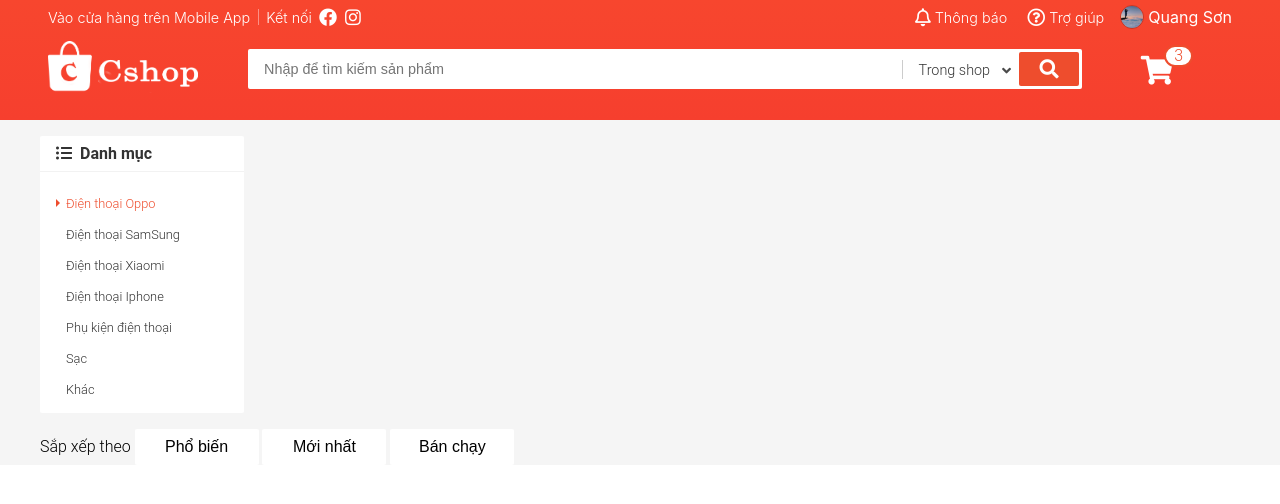
Repository: Qson412/BTL_Web
Page: index.html
The author's editor kept a copy of each file at every save. The page is drawn from the files as they stood at one save, then again after the next save.
The browser window is 1280 px wide. The pictures show the whole page.

Above is the page before, as saved 2021-11-30 22:52:49.

### index.html
<!DOCTYPE html>
<html lang="en">

<head>
    <meta charset="UTF-8">
    <meta http-equiv="X-UA-Compatible" content="IE=edge">
    <meta name="viewport" content="width=device-width, initial-scale=1.0">
    <link rel="stylesheet" href="./base.css">
    <link rel="stylesheet" href="./main.css">
    <link rel="stylesheet" href="./fontawesome-free-5.15.4-web/css/all.min.css">
    <link rel="preconnect" href="https://fonts.googleapis.com">
    <link rel="preconnect" href="https://fonts.gstatic.com" crossorigin>
    <link href="https://fonts.googleapis.com/css2?family=Poppins:wght@300;400;500;600&display=swap" rel="stylesheet">
    <title>Trang trủ</title>
</head>

<body>
    <div class="app">
        <!-- HEADER -->
        <header class="header">
            <div class="grid">
                <nav class="header__navbar">
                    <ul class="header__navbar-list">
                        <li class="header__navbar-item header__navbar-item--has-qr header__navbar-item--separate">
                            Vào cửa hàng trên Mobile App
                            <!--Link Dowloads App in QR, GG Play and AppStore-->
                            <div class="header__qr">
                                <img src="./uploads/link_logo/qr_code.png" alt="QR code" class="header__qr-img">
                                <div class="header__qr-app">
                                    <!--Link Dowloads App in GG Play-->
                                    <a href="https://play.google.com/store/apps/details?id=com.shopee.vn&hl=vi&gl=US"
                                        class="header__qr-link"><img src="./uploads/link_logo/gg_play.png"
                                            alt="Google Play" class="header__qr-dowloads-img"></a>
                                    <!--Link Dowloads App in AppStore-->
                                    <a href="https://apps.apple.com/vn/app/id959841449" class="header__qr-link"><img
                                            src="./uploads/link_logo/appstore.png" alt="App Store"
                                            class="header__qr-dowloads-img"></a>
                                </div>
                            </div>
                        </li>
                        <li class="header__navbar-item">
                            <span class="header__navbar-title--no-poiter">Kết nối</span>
                            <a href="https://www.facebook.com/" class="header__navbar-icon-link"><i
                                    class="header__navbar-icon fab fa-facebook"></i></a>
                            <a href="https://www.instagram.com/" class="header__navbar-icon-link"><i
                                    class="header__navbar-icon fab fa-instagram"></i></a>
                        </li>
                    </ul>

                    <ul class="header__navbar-list">
                        <li class="header__navbar-item header__navbar-item--has-notify"><a href=""
                                class="header__navbar-item-link">
                                <i class="header__navbar-icon far fa-bell"></i>
                                Thông báo</a>
                            <!-- Header Notification-->
                            <div class="header__notify">
                                <header class="header__notify-header">
                                    <h3> Thông báo mới nhận</h3>
                                </header>
                                <ul class="header__notify-list">
                                    <li class="header__notify-item header__notify-item--viewed">
                                        <a href="" class="header__notify-link">
                                            <img src="https://cf.shopee.vn/file/3096ba0dd1902385608dca97184bb28b_tn"
                                                alt="" class="header__notify-img">
                                            <div class="header__notify-info">
                                                <span class="header__notify-name">
                                                    Dòng điện thoại SamSung chính hãng vừa ra mắt. </span>
                                                <span class="header__notify-descriotion">
                                                    Mô tả: SamSung Galaxy Z Fold3 5G.
                                                </span>
                                            </div>
                                        </a>
                                    </li>

                                    <li class="header__notify-item ">
                                        <a href="" class="header__notify-link">
                                            <img src="https://cf.shopee.vn/file/98a817a6d4d54cbe3c3f241815fc9c8f" alt=""
                                                class="header__notify-img">
                                            <div class="header__notify-info">
                                                <span class="header__notify-name">
                                                    Siêu sale hàng chính hãng cùng Oppo </span>
                                                <span class="header__notify-descriotion">
                                                    Mô tả: OPPO RENO 6(8GB | 128GB) - Hàng chính hãng.
                                                </span>
                                            </div>
                                        </a>
                                    </li>

                                    <li class="header__notify-item header__notify-item--viewed">
                                        <a href="" class="header__notify-link">
                                            <img src="https://cf.shopee.vn/file/cd2c1b70c092a7ce16bf17bdd33a638e" alt=""
                                                class="header__notify-img">
                                            <div class="header__notify-info">
                                                <span class="header__notify-name">
                                                    Xiaomi đang giảm giá dòng sản phẩm mới với giá cực sốc.</span>
                                                <span class="header__notify-descriotion">
                                                    Mô tả: Xiaomi Redmi 10(4GB|128GB) - Hàng chính hãng.
                                                </span>
                                            </div>
                                        </a>
                                    </li>
                                </ul>
                                <footer class="header__notify-footer">
                                    <a href="" class="header__notify-footer-btn">Xem tất cả</a>
                                </footer>
                            </div>
                        </li>
                        <li class="header__navbar-item"><a href="" class="header__navbar-item-link">
                                <i class="header__navbar-icon far fa-question-circle"></i>
                                Trợ giúp</a>
                        </li>
                        <!-- <li class="header__navbar-item header__navbar-item--strong header__navbar-item--separate">Đăng
                            ký</li>
                        <li class="header__navbar-item header__navbar-item--strong">Đăng nhập</li> -->

                        <li class="header__navbar-item header__navbar-user">
                            <img src="./uploads/User/user1.jpg" alt="" class="header__navbar-user-img">
                            <span class="header__navbar-user-name">Quang Sơn</span>

                            <ul class="header__navbar-user-menu">
                                <li class="header__navbar-user-item"><a href="">Tài khoản của tôi</a> </li>
                                <li class="header__navbar-user-item"><a href=""> Địa chỉ</a> </li>
                                <li class="header__navbar-user-item"><a href="">Đơn mua</a></li>
                                <li class="header__navbar-user-item header__navbar-user-item--separate"><a href="">Đăng xuất</a></li>
                            </ul>
                        </li>
                    </ul>
                </nav>
                <!-- Header-with-search -->
                <div class="header-with-search">
                    <div class="header__logo">
                        <a href="index.html" class="header__logo-link">
                            <img src="./uploads/link_logo/logo.png" alt="" class="header__logo-img">
                        </a>
                    </div>

                    <div class="header__search">
                        <div class="header__search-input-wrap">
                            <input type="text" class="header__search-input" placeholder="Nhập để tìm kiếm sản phẩm">
                            <!-- Search History -->
                            <div class="header__search-history">
                                <h4 class="header__search-history-heading">Lịch sử tìm kiếm</h4>
                                <ul class="header__search-history-list">
                                    <li class="header__search-history-item">
                                        <a href="">Xiaomi</a>
                                    </li>
                                    <li class="header__search-history-item">
                                        <a href="">Oppo</a>
                                    </li>
                                    <li class="header__search-history-item">
                                        <a href="">SamSung</a>
                                    </li>
                                </ul>
                            </div>
                        </div>
                        <div class="header__search-select">
                            <span class="header__search-select-label">Trong shop</span>
                            <i class="header__search-select-icon fas fa-angle-down"></i>

                            <ul class="header__search-option">
                                <li class="header__search-option-item header__search-option-item--active">
                                    <span>Trong shop</span>
                                    <i class="fas fa-check"></i>
                                </li>
                                <li class="header__search-option-item header__search-option-item--active">
                                    <span>Ngoài shop</span>
                                    <i class="fas fa-check"></i>
                                </li>
                            </ul>
                        </div>
                        <button class="header__search-btn"><i
                                class="header__search-btn-icon fas fa-search"></i></button>
                    </div>

                    <!-- Cart Layout -->
                    <div class="header__cart">
                        <div class="header__cart-wrap">
                            <i class="header__cart-icon fas fa-shopping-cart"></i>
                            <span class="header__cart-notice">3</span>
                            <!-- No cart: header__cart-list--no-cart thêm class vào sau header__cart-list -->
                            <div class="header__cart-list ">
                                <img src="./uploads/link_logo/no_cart.png" alt="" class="header__cart-no-cart-img">
                                <span class="header__cart-list-no-cart-msg">Chưa có sản phẩm</span>

                                <h4 class="header__cart-heading">Sản phẩm đã thêm</h4>
                                <!-- Cart item -->
                                <ul class="header__cart-list-item">

                                    <li class="header__cart-item">
                                        <img src="https://cf.shopee.vn/file/3a1e507ae75fcce015269797801ffd8e" alt=""class="header__cart-img">

                                        <div class="header__cart-item-info">
                                            <div class="header__cart-item-head">
                                                <h5 class="header__cart-item-name">Iphone 13</h5>
                                                <div class="header__cart-item-price-wrap">
                                                    <span class="header__cart-item-price">33.550.000đ</span>
                                                    <span class="header__cart-item-multiply">x</span>
                                                    <span class="header__cart-item-qnt">1</span>
                                                </div>
                                            </div>

                                            <div class="header__cart-item-body">
                                                <span class="header__cart-item-description">Phân loại: Hồng</span>
                                                <span class="header__cart-item-remove">Xóa </span>
                                            </div>
                                        </div>
                                    </li>

                                    <li class="header__cart-item">
                                        <img src="./uploads/PhuKien/Sac/sac_1.jfif" alt=""class="header__cart-img">

                                        <div class="header__cart-item-info">
                                            <div class="header__cart-item-head">
                                                <h5 class="header__cart-item-name">Sạc dự phòng 20.000PmH</h5>
                                                <div class="header__cart-item-price-wrap">
                                                    <span class="header__cart-item-price">250.000đ</span>
                                                    <span class="header__cart-item-multiply">x</span>
                                                    <span class="header__cart-item-qnt">1</span>
                                                </div>
                                            </div>

                                            <div class="header__cart-item-body">
                                                <span class="header__cart-item-description">Phân loại: Trắng</span>
                                                <span class="header__cart-item-remove">Xóa </span>
                                            </div>
                                        </div>
                                    </li>

                                    <li class="header__cart-item">
                                        <img src="./uploads/PhuKien/HeadPhone/hp_1.jfif" alt=""class="header__cart-img">

                                        <div class="header__cart-item-info">
                                            <div class="header__cart-item-head">
                                                <h5 class="header__cart-item-name">Tai nghe Blutooth 5.0</h5>
                                                <div class="header__cart-item-price-wrap">
                                                    <span class="header__cart-item-price">150.000đ</span>
                                                    <span class="header__cart-item-multiply">x</span>
                                                    <span class="header__cart-item-qnt">2</span>
                                                </div>
                                            </div>

                                            <div class="header__cart-item-body">
                                                <span class="header__cart-item-description">Phân loại: Đen</span>
                                                <span class="header__cart-item-remove">Xóa </span>
                                            </div>
                                        </div>
                                    </li>
                                </ul>

                                <a href="#" class="btn btn--primary header__cart-view-cart"> Xem giỏ hàng</a>


                            </div>
                        </div>

                    </div>
                </div>
            </div>
        </header>
        <!-- End Header -->

        <!-- Container-->
        <div class="app__container">
           <div class="grid">
            <div class="grid__row">
                <div class="grid__column-2">
                 <nav class="category">
                     <h3 class="category__heading">
                         <i class="category__heading-icon fas fa-list-ul"></i>
                         Danh mục
                     </h3>

                     <ul class="category-list">
                         <li class="category-item category-item--active">
                             <a href="#" class="category-item__link">
                                 Điện thoại Oppo
                             </a>
                         </li>
                         <li class="category-item">
                             <a href="#" class="category-item__link">
                                 Điện thoại SamSung
                             </a>
                         </li>
                         <li class="category-item">
                             <a href="#" class="category-item__link">
                                 Điện thoại Xiaomi
                             </a>
                         </li>
                         <li class="category-item">
                             <a href="#" class="category-item__link">
                                 Điện thoại Iphone
                             </a>
                         </li>
                         <li class="category-item">
                             <a href="#" class="category-item__link">
                                 Phụ kiện điện thoại
                             </a>
                         </li>
                         <li class="category-item">
                             <a href="#" class="category-item__link">
                                 Sạc
                             </a>
                         </li>
                         <li class="category-item">
                             <a href="#" class="category-item__link">
                                 Khác
                             </a>
                         </li>
                     </ul>
                 </nav>
                </div>

                <div class="grid__column-10">
                    <div class="home-filter">
                        <span class="home-filter__label">Sắp xếp theo</span>
                        <button class="btn">Phổ biến</button>
                        <button class="btn">Mới nhất</button>
                        <button class="btn">Bán chạy</button>
                    </div>
                </div>
            </div>
           </div>
        </div>

        <footer class="footer">

        </footer>
    </div>
    <!-- Modal Body-->
     <!-- <div class="modal">
        <div class="modal__overlay"> </div>

        <div class="modal__body">   -->

    <!-- Register Form-->
     <!-- <div class="auth-form">
                <div class="auth-form__container">
                    <div class="auth-form__header">
                        <h3 class="auth-form__heading">Đăng ký</h3>
                        <span class="auth-form__switch-btn">Đăng nhập</span>
                    </div>

                    <div class="auth-form__form">
                        <div class="auth-form__group">
                            <input type="text" class="auth-form__input" placeholder="Email của bạn">
                        </div>
                        <div class="auth-form__group">
                            <input type="password" class="auth-form__input" placeholder="Mật khẩu của bạn">
                        </div>
                        <div class="auth-form__group">
                            <input type="password" class="auth-form__input" placeholder="Nhập lại mật khẩu">
                        </div>
                    </div>
                    <div class="auth-form__aside">
                        <p class="auth-form__policy-text">Bằng việc đăng ký bạn đã đồng ý với QuangSon Mobie về
                            <a href="" class="auth-form__text-link">Điều khoản dịch vụ</a> &
                            <a href="" class="auth-form__text-link">Chính sách bảo mật.</a>
                        </p>
                    </div>
                    <div class="auth-form__controls">
                        <button class="btn auth-form__controls-back btn--normal">TRỞ LẠI</button>
                        <button class="btn btn--primary">ĐĂNG KÝ</button>
                    </div>
                </div>

                <div class="auth-form__socials">
                    <a href="" class="auth-form__socials--facebook btn btn--size-s btn--with-icon">
                        <i class="auth-form__socials-icon fab fa-facebook-square"></i>
                        <span class="auth-form__socials-title">Kết nối với Facebook</span></a>
                    <a href="" class="auth-form__socials--google btn btn--size-s btn--with-icon">
                        <i class="auth-form__socials-icon  fab fa-google"></i>
                        <span class="auth-form__socials-title">Kết nối với Google</span></a>
                </div>
            </div>  -->


    <!-- Login Form-->
     <!-- <div class="auth-form">
            <div class="auth-form__container">
                <div class="auth-form__header">
                    <h3 class="auth-form__heading">Đăng nhập</h3>
                    <span class="auth-form__switch-btn">Đăng ký</span>
                </div>

                <div class="auth-form__form">
                    <div class="auth-form__group">
                        <input type="text" class="auth-form__input" placeholder="Email của bạn">
                    </div>
                    <div class="auth-form__group">
                        <input type="password" class="auth-form__input" placeholder="Mật khẩu của bạn">
                    </div>

                </div>
                <div class="auth-form__aside">
                    <div class="auth-form__help">
                        <a href="" class="auth-form__help-link auth-form__help-forgot">Quên mật khẩu</a>
                        <span class="auth-form__help-separate"></span>
                        <a href="" class="auth-form__help-link">Cần trợ giúp?</a>
                    </div>
                </div>
                <div class="auth-form__controls">
                    <button class="btn auth-form__controls-back btn--normal">TRỞ LẠI</button>
                    <button class="btn btn--primary">ĐĂNG NHẬP</button>
                </div>
            </div>

            <div class="auth-form__socials">
                <a href="" class="auth-form__socials--facebook btn btn--size-s btn--with-icon">
                    <i class="auth-form__socials-icon fab fa-facebook-square"></i>
                    <span class="auth-form__socials-title">Kết nối với Facebook</span></a>
                <a href="" class="auth-form__socials--google btn btn--size-s btn--with-icon">
                    <i class="auth-form__socials-icon  fab fa-google"></i>
                    <span class="auth-form__socials-title">Kết nối với Google</span></a>
            </div>
        </div>
        </div>
    </div>  -->

</body>

</html>

### base.css
body{
    margin: 0;
    padding: 0;
    font-family: 'Roboto' , sans-serif;
    font-weight: 300;
}
/* Responsive */
.grid{
    width: 1200px;
    max-width: 100%;
    margin: 0 auto;
}

.grid__full-width{
    width: 100%;
}

.grid__row{
    display: flex;
    flex-wrap: wrap;
    margin-left: -12px;
    margin-right: -12px;
}


/* Test */
.grid__column-2{
    padding-left: 12px;
    padding-right: 12px;
    width: 16.6667%;
}

.grid__column-10{
    padding-left: 12px;
    padding-right: 12px;
    width: 83.3334%;
    justify-content: center;
}
/* Animation */
@keyframes fadeIn{
    from{
        opacity: 0;
    }
    to{
        opacity: 1;
    }
}


@keyframes growth{
    from{
        transform: scale(var(--growth-from));
    }
    to{
        transform: scale(var(--growth-to));
    }
}
/* Bien ma mau*/
:root{
    --primary-color: #ee4d2d;
    --border-color: #dbdbdb;
    --navbar-height: 34px;
    --header-height:120px;
    --header-with-search-height: calc(var(--header-height) - var(--navbar-height));
}

/* Modal */
.modal{
    position: fixed;
    top: 0;
    right: 0;
    left: 0;
    bottom: 0;
    display: flex;
    animation: fadeIn linear 0.1s;
}

.modal__overlay{
    position: absolute;
    width: 100%;
    height: 100%;
    background-color: rgba(0,0,0, 0.4);
}

.modal__body{
    --growth-from: 0.7;
    --growth-to: 1;
    z-index: 1;
    position: relative;
    animation: growth linear 0.2s;
    margin: auto;
}
/* Button style */
.btn{
    min-width: 124px;
    height: 36px;
    text-decoration: none;
    border: none;
    border-radius: 2px;
    font-size: 1rem;
    padding: 0 12px;
    outline: none;
    cursor: pointer;
   color: black;
   display:inline-flex ;
   align-items: center;
   justify-content: center;
   background-color: white;
   line-height: 1.4rem;

}

.btn.btn--normal:hover{
    background-color: rgba(0,0,0, 0.05);
}

.btn.btn--size-s{
    padding: 0 8px;
    height: 30px;
    font-size: 12px;
}
.btn.btn--primary{
    color: white;
    background-color: var(--primary-color);
}

.btn.btn--disabled{
    color: #949494;
    cursor: default;
    background-color: #c3c3c3;
    filter: brightness(80%);
}

Loaded but not shown: fontawesome-free-5.15.4-web/css/all.min.css (library); main.css (859 lines, source omitted)

After the next save:
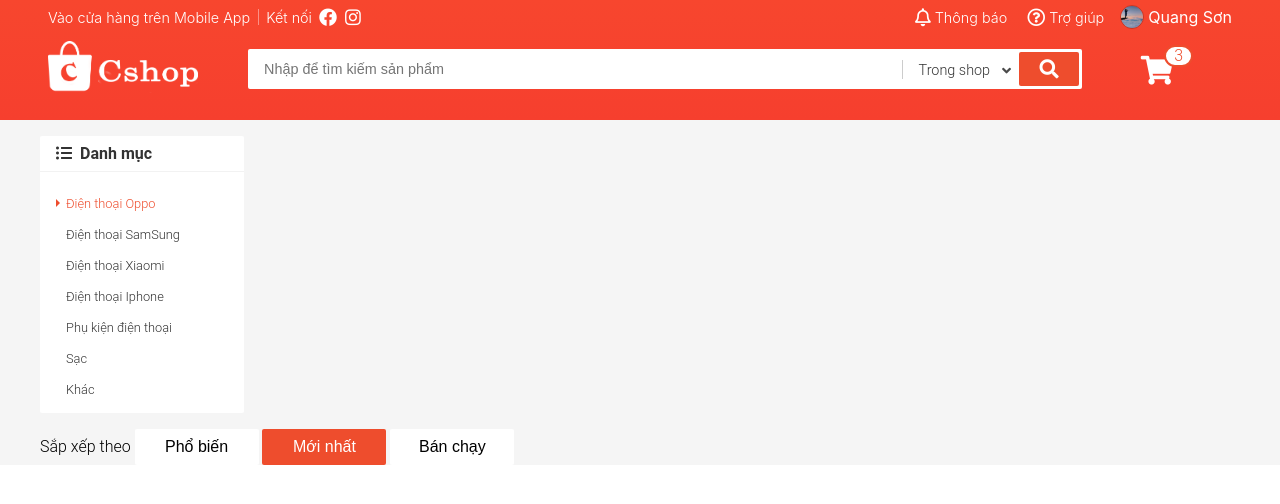
Saved 2 min 6 s later.
--- a/index.html
+++ b/index.html
@@ -314,7 +314,7 @@
                     <div class="home-filter">
                         <span class="home-filter__label">Sắp xếp theo</span>
                         <button class="btn">Phổ biến</button>
-                        <button class="btn">Mới nhất</button>
+                        <button class="btn btn--primary">Mới nhất</button>
                         <button class="btn">Bán chạy</button>
                     </div>
                 </div>
